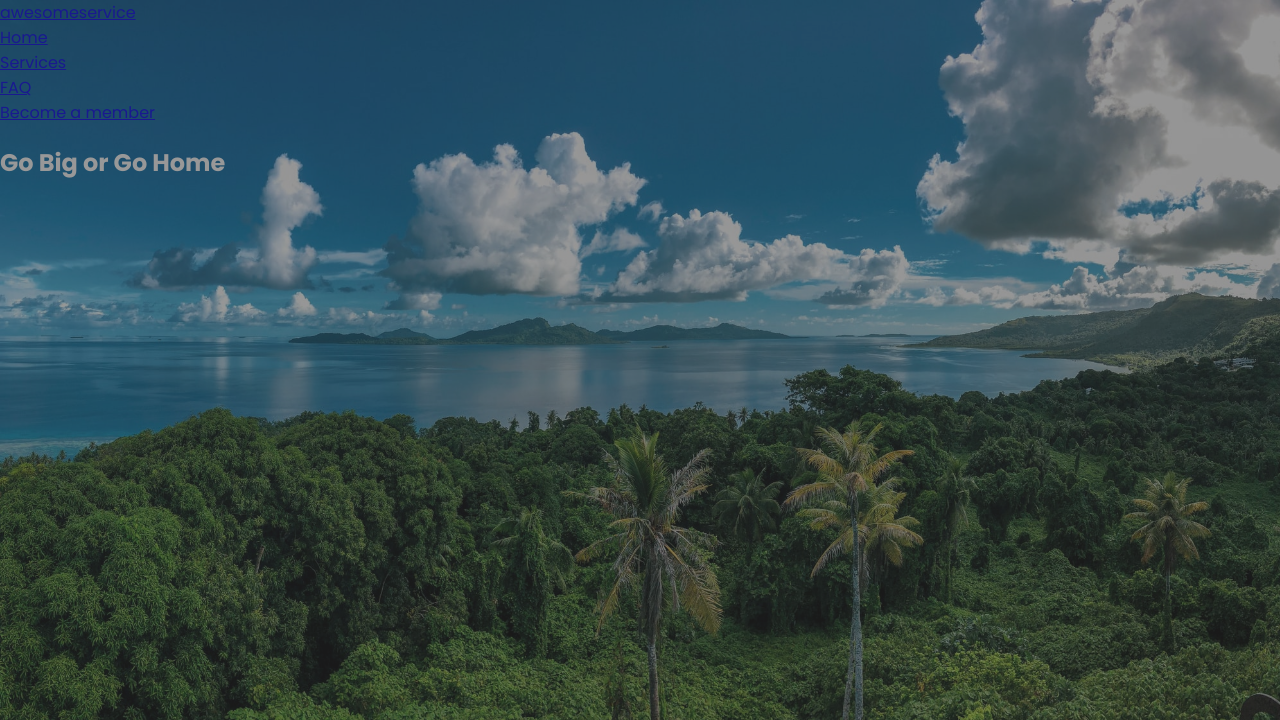
Repository: Hyperion72R/Animated-Navigation
Page: index.html
An editor plug-in stored every save of this project. The page is shown before and after the next save, followed by the edit.
The browser window is 1280 px wide. The pictures show the whole page.
The style sheet was rebuilt from its Sass, Less or Tailwind sources for each picture, by a compiler version that may differ from the author's.

Above is the page before, as saved 2021-08-14 16:29:46.

After the next save:
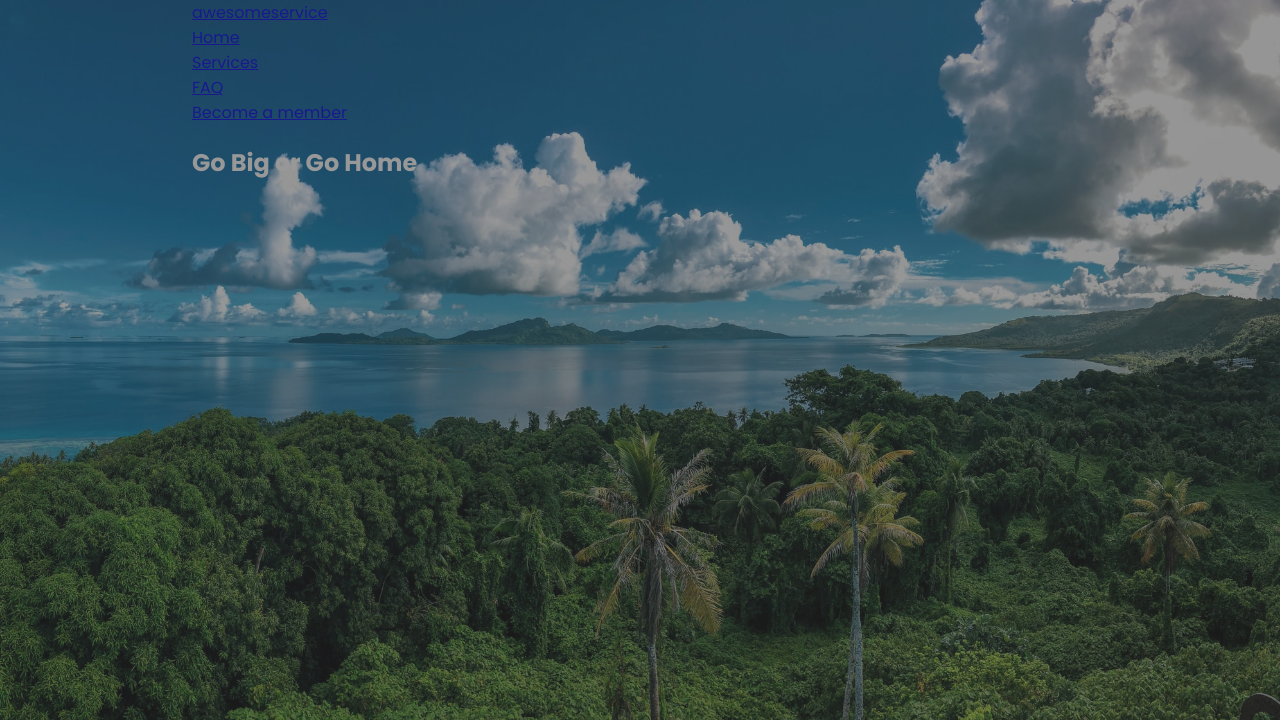
Saved 38 s later.
--- a/css/main.scss
+++ b/css/main.scss
@@ -43,6 +43,8 @@ ul {
 
 section,
 header {
+  width: 70%;
+  margin: 0 auto;
 }
 
 // .social-nav,
